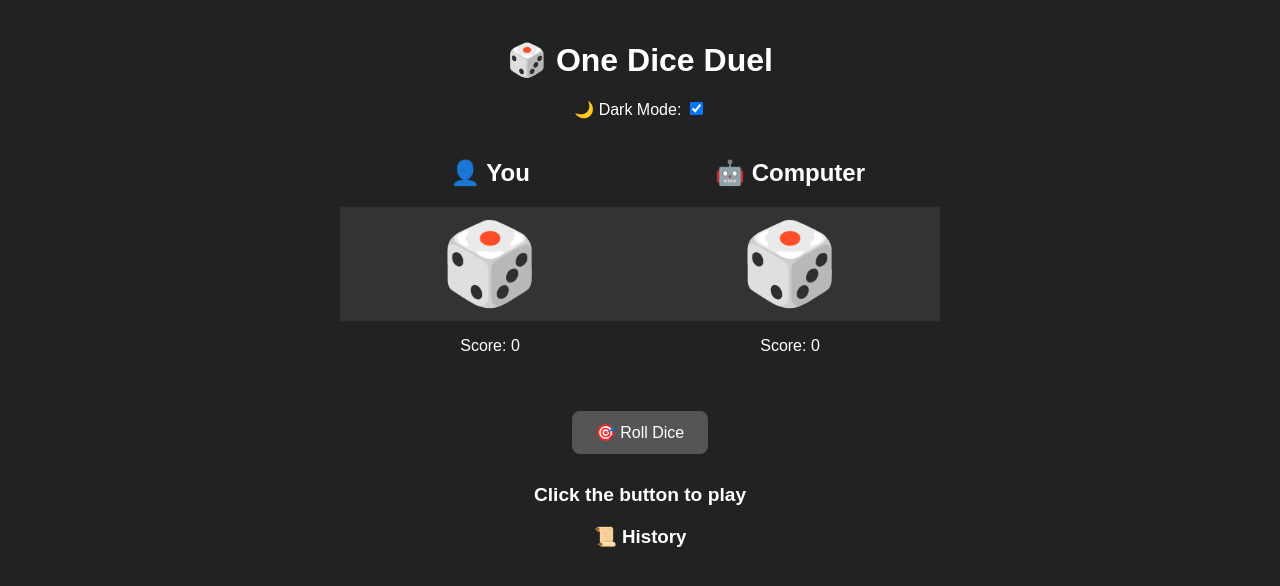
Repository: alokanand524/anand-portfolio
Page: games/dice-game/index.html
These files come from the project's save history. The page is drawn as it stood at one moment and after the next save; the edit follows.
The browser window is 1280 px wide. The pictures show the whole page.
After loading, the first visible `#dark-mode-toggle` was changed once.

Above is the page before, as saved 2025-07-31 15:02:29.

After the next save:
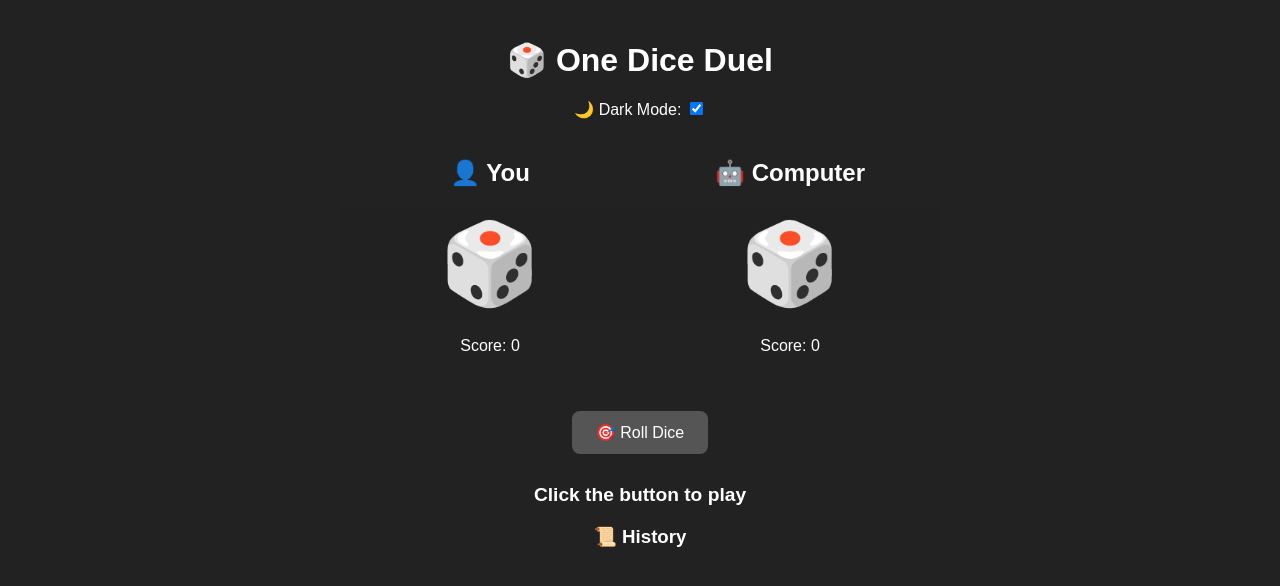
Saved 118 s later.
--- a/games/dice-game/style.css
+++ b/games/dice-game/style.css
@@ -78,7 +78,7 @@ body.dark {
 }
 
 body.dark .dice {
-  background-color: #333;
+  background-color: #212121;
 }
 
 body.dark #roll-btn {
